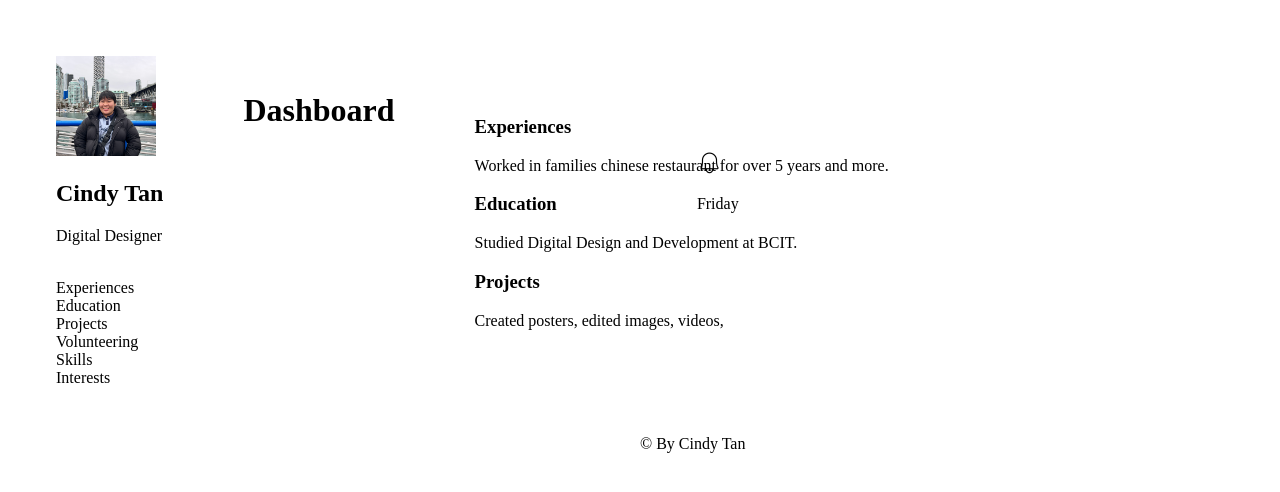
Repository: Cindy-tan/Assessment-_1
Page: /
These files come from the project's save history. The page is drawn as it stood at one moment and after the next save; the edit follows.
The browser window is 1280 px wide. The pictures show the whole page.
The project was rebuilt for these pictures with package versions that can differ from the ones it lists, and the page was loaded fresh each time. The framework's server and built-in components were replaced by stand-ins that run in the browser. Also part of the build but not shown: next.config.js, components/Card/Card.module.css, components/SideNavigation/SideNavigation.module.css.

Above is the page before, as saved 2024-01-19 00:01:44.

After the next save:
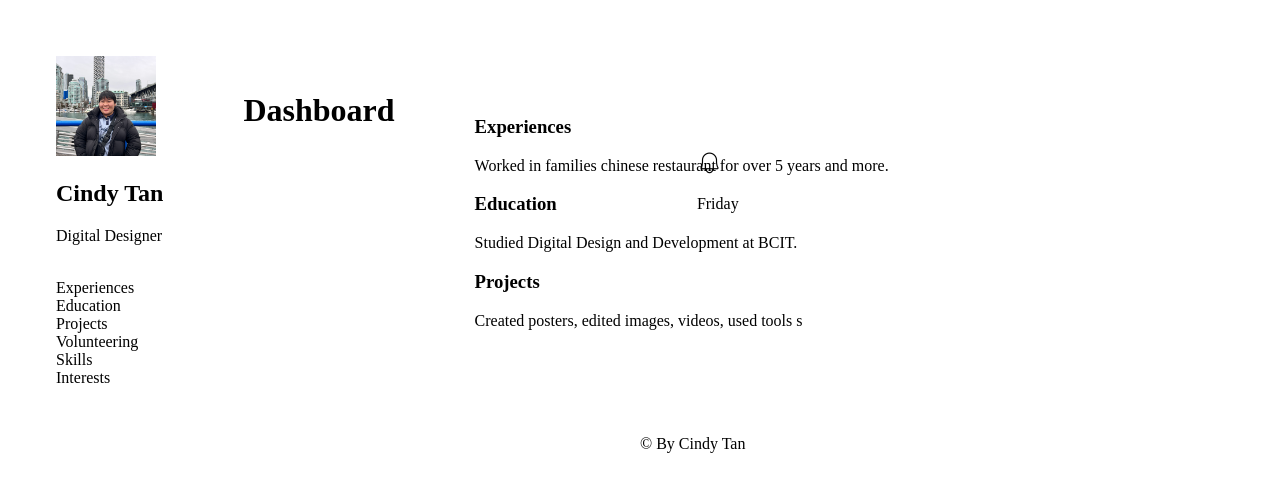
Saved 15 s later.
--- a/pages/index.js
+++ b/pages/index.js
@@ -32,7 +32,7 @@ export default function Home() {
         <div className={`${styles.card}`}>
           <Card title='Experiences' description='Worked in families chinese restaurant for over 5 years and more.'/>
           <Card title='Education' description='Studied Digital Design and Development at BCIT.'/>
-          <Card title='Projects' description='Created posters, edited images, videos, '/>
+          <Card title='Projects' description='Created posters, edited images, videos, used tools s'/>
         </div>
 
 
